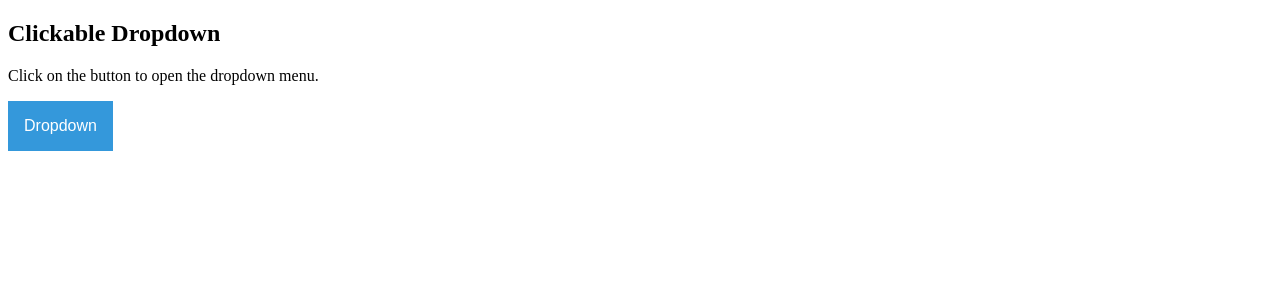
Repository: sabadia/task
Page: dropDown.html
An editor plug-in stored every save of this project. The page is shown before and after the next save, followed by the edit.
The browser window is 1280 px wide. The pictures show the whole page.

Above is the page before, as saved 2020-04-26 15:20:43.

After the next save:
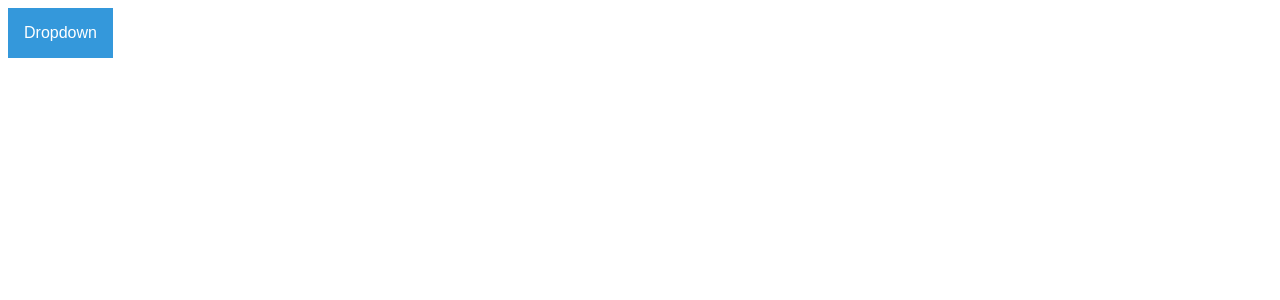
Saved 7 s later.
--- a/dropDown.html
+++ b/dropDown.html
@@ -42,9 +42,6 @@
 </head>
 <body>
 
-<h2>Clickable Dropdown</h2>
-<p>Click on the button to open the dropdown menu.</p>
-
 <div class="dropdown">
   <button onclick="myFunction()" class="dropbtn">Dropdown</button>
   <div id="myDropdown" class="dropdown-content">
